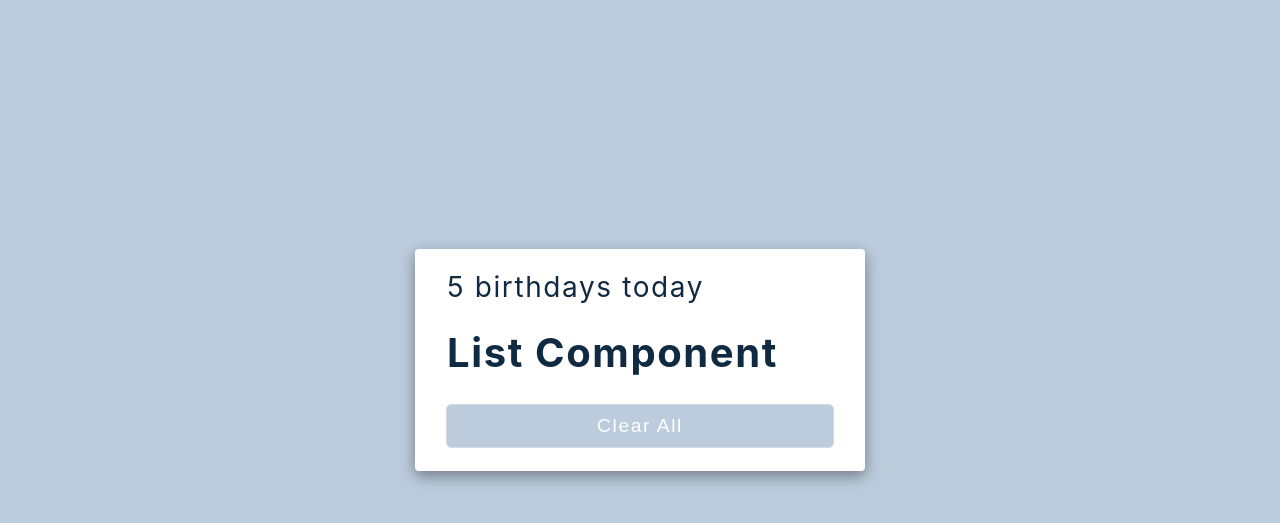
Repository: smit1298/Birthday-Reminder
Page: /
These files come from the project's save history. The page is drawn as it stood at one moment and after the next save; the edit follows.
The browser window is 1280 px wide. The pictures show the whole page.
The project was rebuilt for these pictures with package versions that can differ from the ones it lists, and the page was loaded fresh each time.

Above is the page before, as saved 2022-05-15 23:49:30.

After the next save:
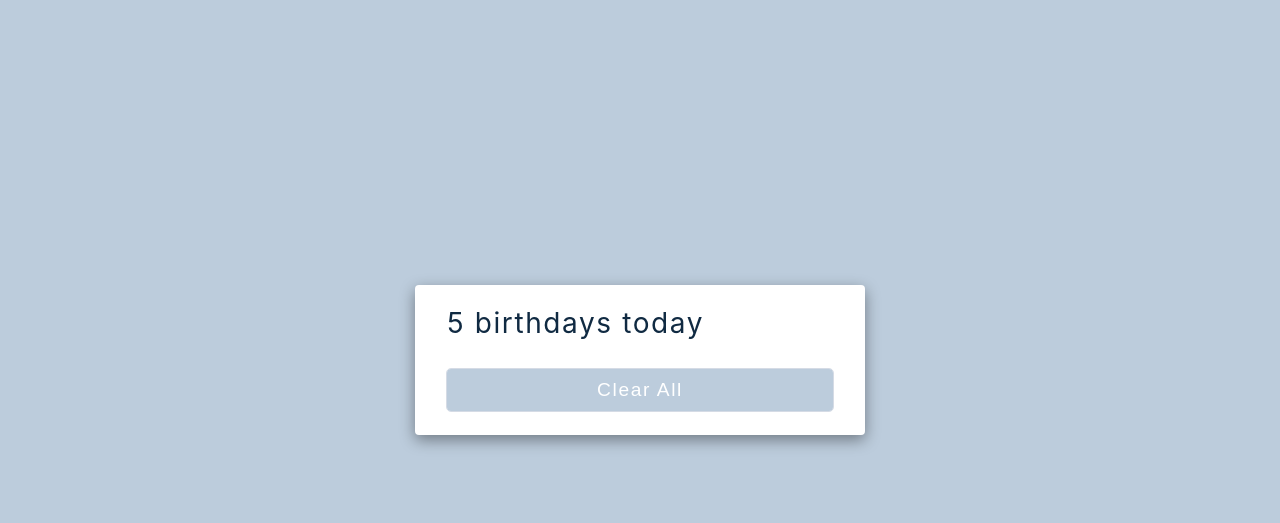
Saved 6 s later.
--- a/src/List.js
+++ b/src/List.js
@@ -3,8 +3,7 @@ import React from 'react';
 const List = ({people}) => {
   return (
     <>
-{      <h2>list component</h2>
-}    </>
+{people.map}    </>
   );
 };
 
